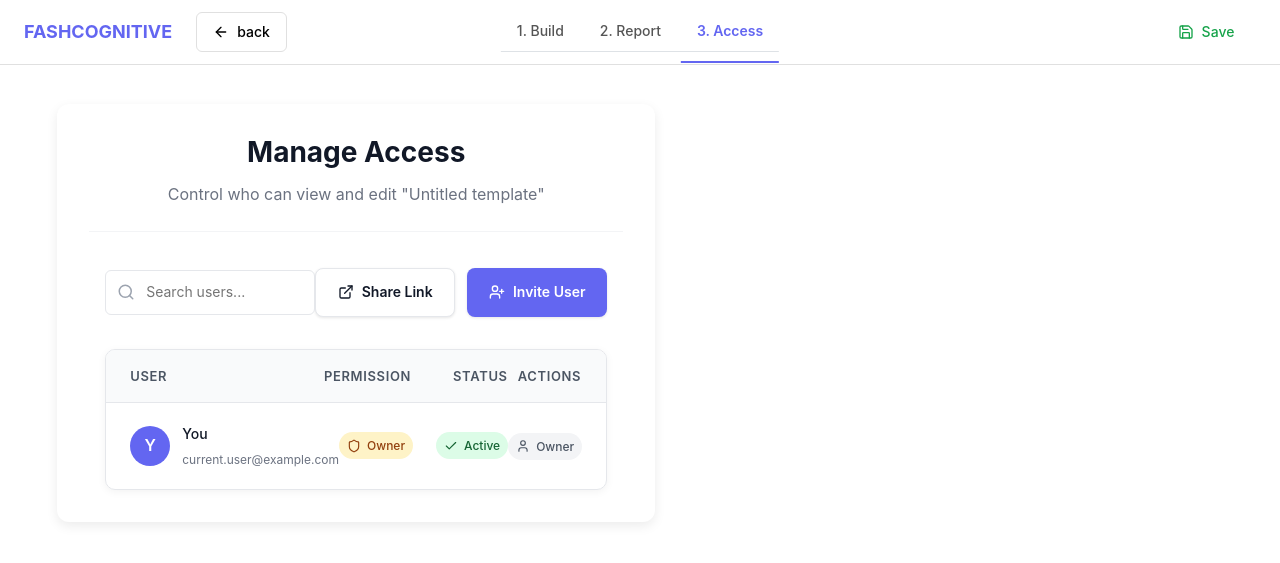
Repository: loganand612/fashcognitive-intern
Page: /ct (app in fash/), after clicking the first element matching `div.nav-tabs > :nth-child(3)`
These files come from the project's save history. The page is drawn as it stood at one moment and after the next save; the edit follows.
The browser window is 1280 px wide. The pictures show the whole page.
The project was rebuilt for these pictures with package versions that can differ from the ones it lists, and the page was loaded fresh each time. Also part of the build but not shown: fash/src/pages/Login.css, fash/src/pages/Register.css, fash/src/pages/Template.css, fash/src/pages/Home.tsx, fash/src/pages/Login.tsx, fash/src/pages/Register.tsx, fash/src/pages/Home2.tsx, fash/src/pages/Dashboard.tsx and 1 more. Imported but missing from the stored project, and not drawn on this page: fash/src/pages/assets/head1.mp4.

Above is the page before, as saved 2025-04-14 09:11:18.

### fash/src/index.tsx
import React from 'react';
import ReactDOM from 'react-dom/client';

// Import third-party styles first
import 'bootstrap/dist/css/bootstrap.min.css';
import '@fortawesome/fontawesome-free/css/all.min.css';

// Import page-specific styles last
import './pages/Home.css';
import './pages/Home2.css';
import './pages/Login.css';
import './pages/Register.css';
import './pages/Dashboard.css';
import './pages/Template.css';
import './pages/Create_template.css';

import App from './App';
import reportWebVitals from './reportWebVitals';

const root = ReactDOM.createRoot(
  document.getElementById('root') as HTMLElement
);
root.render(
  <React.StrictMode>
    <App />
  </React.StrictMode>
);

// If you want to start measuring performance in your app, pass a function
// to log results (for example: reportWebVitals(console.log))
// or send to an analytics endpoint. Learn more: https://bit.ly/CRA-vitals
reportWebVitals();

### fash/src/pages/Home.css
/* Reset & Base Styles */
* {
  margin: 0;
  padding: 0;
  box-sizing: border-box;
  font-family: -apple-system, BlinkMacSystemFont, 'Segoe UI', Roboto, sans-serif;
}

body {
  font-family: -apple-system, BlinkMacSystemFont, 'Segoe UI', Roboto, sans-serif;
  background-color: #f8f9fe;
  color: #1f2937;
  line-height: 1.5;
}

/* Layout */
.page-wrapper {
  min-height: 100vh;
  display: flex;
  flex-direction: column;
}

.content-wrapper {
  display: flex;
  flex: 1;
  position: relative;
}

/* Navigation */
.navbar {
  background: white;
  height: 64px;
  padding: 0 2rem;
  box-shadow: 0 1px 3px rgba(0,0,0,0.1);
  display: flex;
  align-items: center;
  justify-content: space-between;
  position: fixed;
  top: 0;
  left: 0;
  right: 0;
  z-index: 1000;
}

.logo {
  font-weight: bold;
  font-size: 1.5rem;
  color: #302d2d;
  text-decoration: none;
  transition: all 0.3s ease;
}

.logo:hover {
  color: #2563eb;
}

.nav-links {
  display: flex;
  gap: 1rem;
  align-items: center;
}

/* Buttons */
.btn {
  padding: 0.5rem 1rem;
  border-radius: 0.375rem;
  border: none;
  cursor: pointer;
  font-size: 0.875rem;
  font-weight: 500;
  text-decoration: none;
  transition: all 0.3s ease;
}

.btn-primary {
  background: #3b82f6;
  color: white;
}

.btn-primary:hover {
  background: #c0ceec;
}

.btn-secondary {
  background: #ffffff;
  border: 1px solid #e5e7eb;
  color: #4b5563;
}

.btn-secondary:hover {
  background: #d2d5da;
}

/* Language Selector */
.language-select {
  position: relative;
}

.language-btn {
  display: flex;
  align-items: center;
  gap: 0.5rem;
  padding: 0.5rem 1rem;
  border: 1px solid #e5e7eb;
  border-radius: 1.5rem;
  background: white;
  cursor: pointer;
  transition: all 0.3s ease;
}

.language-btn:hover {
  border-color: #3b82f6;
}

.language-dropdown {
  position: absolute;
  top: calc(100% + 0.5rem);
  right: 0;
  background: white;
  border-radius: 0.5rem;
  box-shadow: 0 4px 6px rgba(0,0,0,0.1);
  padding: 0.5rem 0;
  display: none;
  min-width: 150px;
  z-index: 1000;
}

.language-select:hover .language-dropdown {
  display: block;
}

.language-option {
  padding: 0.5rem 1rem;
  cursor: pointer;
  transition: all 0.3s ease;
}

.language-option:hover {
  background: #f8f9fe;
  color: #3b82f6;
}

/* Notification Badge */
.notification-badge {
  position: relative;
}

.notification-badge::after {
  content: '';
  position: absolute;
  top: -2px;
  right: -2px;
  width: 8px;
  height: 8px;
  background-color: #ef4444;
  border-radius: 50%;
  border: 2px solid white;
}

/* Sidebar */
.sidebar {
  width: 250px;
  background: white;
  height: calc(100vh - 64px);
  position: fixed;
  top: 64px;
  left: 0;
  padding: 1.5rem 1rem;
  border-right: 1px solid #e5e7eb;
  overflow-y: auto;
  z-index: 100;
}

.sidebar-link {
  display: flex;
  align-items: center;
  padding: 0.75rem 1rem;
  color: #4b5563;
  text-decoration: none;
  border-radius: 0.5rem;
  margin-bottom: 0.5rem;
  transition: all 0.3s ease;
}

.sidebar-link:hover {
  background: #f8f9fe;
  color: #3b82f6;
}

.sidebar-link.active {
  background: #3b82f6;
  color: white;
}

/* Main Content */
.main-content {
  margin-left: 250px;
  margin-top: 64px;
  padding: 5rem;
  width: calc(100% - 250px);
  min-height: calc(100vh - 64px);
}

.landing-content {
  display: flex;
  justify-content: space-between;
  align-items: center;
  gap: 4rem;
  max-width: 1200px;
  margin: 0 auto;
}

.content-left {
  flex: 1;
}

.content-left h1 {
  font-size: 2.5rem;
  color: #1f2937;
  margin-bottom: 2rem;
  line-height: 1.2;
}

.feature-list {
  list-style: none;
}

.feature-list li {
  display: flex;
  align-items: center;
  gap: 1rem;
  margin-bottom: 1rem;
  color: #4b5563;
}

.feature-list li::before {
  content: "";
  width: 20px;
  height: 20px;
  background: #3b82f6;
  border-radius: 50%;
  opacity: 0.2;
}

.qr-container {
  background: white;
  padding: 1rem;
  border-radius: 20px;
  box-shadow: 0 10px 15px rgba(0,0,0,0.1);
  transition: all 0.3s ease;
}

.qr-container:hover {
  transform: translateY(-5px);
  box-shadow: 0 4px 6px rgba(0,0,0,0.1);
}

.qr-code {
  width: 100%;
  max-width: 300px;
}

/* Footer */
.footer {
  background: white;
  padding: 5rem 7rem;
  margin-top: auto;
  margin-left: 250px;
}

.footer-content {
  max-width: 1500px;
  margin: 0 auto;
  display: grid;
  grid-template-columns: repeat(4, 1fr);
  gap: 2rem;
}

.footer-section h3 {
  color: #3b82f6;
  margin-bottom: 1rem;
  font-size: 1.1rem;
}

.footer-section ul {
  list-style: none;
}

.footer-section ul li {
  margin-bottom: 0.5rem;
}

.footer-section ul li a {
  color: #4b5563;
  text-decoration: none;
  transition: all 0.3s ease;
}

.footer-section ul li a:hover {
  color: #3b82f6;
}

.footer-bottom {
  max-width: 1200px;
  margin: 2rem auto 0;
  padding-top: 6rem;
  border-top: 1px solid #e5e7eb;
  text-align: center;
}

.store-buttons {
  display: flex;
  justify-content: center;
  gap: 1rem;
  margin-top: 1rem;
}

.store-buttons img {
  height: 40px;
  transition: all 0.3s ease;
}

.store-buttons img:hover {
  transform: translateY(-2px);
}

/* Mobile Menu Button */
.mobile-menu-btn {
  display: none;
  padding: 0.5rem;
  cursor: pointer;
  background: none;
  border: none;
}

/* Responsive Design */
@media (max-width: 1024px) {
  .sidebar {
      width: 200px;
  }

  .main-content {
      margin-left: 200px;
      width: calc(100% - 200px);
  }

  .footer {
      margin-left: 200px;
  }
}

@media (max-width: 768px) {
  .navbar {
      padding: 0 1rem;
  }

  .mobile-menu-btn {
      display: block;
  }

  .nav-links {
      display: none;
  }

  .nav-links.active {
      display: flex;
      flex-direction: column;
      position: absolute;
      top: 64px;
      left: 0;
      right: 0;
      background: white;
      padding: 1rem;
      box-shadow: 0 4px 6px rgba(0,0,0,0.1);
  }

  .sidebar {
      transform: translateX(-100%);
      transition: transform 0.3s ease;
  }

  .sidebar.active {
      transform: translateX(0);
  }

  .main-content,
  .footer {
      margin-left: 0;
      width: 100%;
  }

  .landing-content {
      flex-direction: column;
      text-align: center;
      padding: 1rem;
  }

  .content-left h1 {
      font-size: 2rem;
  }

  .footer-content {
      grid-template-columns: repeat(2, 1fr);
  }
}

@media (max-width: 480px) {
  .footer-content {
      grid-template-columns: 1fr;
  }
}

### fash/src/pages/Dashboard.css
.dashboard-container {
  display: flex;
  flex-direction: column;
  min-height: 100vh;
}

/* Navbar */
.navbar {
  position: fixed;
  top: 0;
  left: 0;
  right: 0;
  height: 64px;
  background: white;
  border-bottom: 1px solid #e5e7eb;
  display: flex;
  align-items: center;
  justify-content: space-between;
  padding: 0 24px;
  z-index: 50;
}

.navbar-brand {
  font-size: 20px;
  font-weight: 600;
}

.navbar-actions {
  display: flex;
  gap: 8px;
}

.nav-button {
  padding: 8px;
  background: none;
  border: none;
  border-radius: 8px;
  color: #6b7280;
  cursor: pointer;
  transition: all 0.2s;
}

.nav-button:hover {
  background-color: #f3f4f6;
  color: #111827;
}

.nav-icon {
  width: 20px;
  height: 20px;
}

/* Sidebar */
.sidebar {
  position: fixed;
  top: 64px;
  left: 0;
  width: 250px;
  height: calc(100vh - 64px);
  background: white;
  border-right: 1px solid #e5e7eb;
  padding: 16px 12px;
  overflow-y: auto;
}

.sidebar-nav {
  display: flex;
  flex-direction: column;
  gap: 2px;
}

.nav-link {
  display: flex;
  align-items: center;
  padding: 8px 12px;
  color: #6b7280;
  text-decoration: none;
  border-radius: 6px;
  transition: all 0.2s;
}

.nav-link:hover {
  background-color: #f3f4f6;
  color: #111827;
}

.nav-link .nav-icon {
  margin-right: 12px;
}

/* Main Content */
.main-content {
  margin-left: 250px;
  margin-top: 64px;
  padding: 32px;
  background-color: #f9fafb;
  min-height: calc(100vh - 64px);
}

/* Header Section */
.header-section {
  display: flex;
  justify-content: space-between;
  align-items: center;
  margin-bottom: 24px;
}

.page-title {
  font-size: 24px;
  font-weight: 600;
  color: #111827;
}

.user-tags {
  display: flex;
  align-items: center;
  gap: 8px;
}

.user-tag {
  display: flex;
  align-items: center;
  justify-content: center;
  min-width: 32px;
  height: 32px;
  padding: 0 12px;
  background-color: #f3f4f6;
  border-radius: 16px;
  font-size: 14px;
  font-weight: 500;
  color: #374151;
}

.user-count {
  display: flex;
  align-items: center;
  justify-content: center;
  height: 32px;
  padding: 0 12px;
  background-color: #f3f4f6;
  border-radius: 16px;
  font-size: 14px;
  font-weight: 500;
  color: #374151;
}

.add-user-button {
  height: 32px;
  padding: 0 16px;
  background-color: #111827;
  color: white;
  border: none;
  border-radius: 16px;
  font-size: 14px;
  font-weight: 500;
  cursor: pointer;
  transition: background-color 0.2s;
}

.add-user-button:hover {
  background-color: #1f2937;
}

/* Summary Cards */
.summary-cards {
  display: grid;
  grid-template-columns: repeat(3, 1fr);
  gap: 24px;
  margin-bottom: 32px;
}

.summary-card {
  background: white;
  border: 1px solid #e5e7eb;
  border-radius: 12px;
  padding: 24px;
  display: flex;
  align-items: center;
  justify-content: space-between;
}

.card-content {
  display: flex;
  align-items: center;
  gap: 16px;
}

.card-icon {
  width: 48px;
  height: 48px;
  background: #f3f4f6;
  border-radius: 8px;
  display: flex;
  align-items: center;
  justify-content: center;
}

.card-icon .icon {
  width: 24px;
  height: 24px;
  color: #374151;
}

.card-info {
  display: flex;
  flex-direction: column;
}

.card-count {
  font-size: 24px;
  font-weight: 600;
  color: #111827;
  line-height: 1.2;
}

.card-label {
  font-size: 14px;
  color: #6b7280;
}

.card-sublabel {
  font-size: 12px;
  color: #9ca3af;
  margin-top: 2px;
}

.card-arrow {
  width: 20px;
  height: 20px;
  color: #9ca3af;
}

/* Recent Activity */
.recent-activity {
  background: white;
  border: 1px solid #e5e7eb;
  border-radius: 12px;
  overflow: hidden;
}

.section-title {
  font-size: 18px;
  font-weight: 600;
  color: #111827;
  padding: 20px 24px;
  border-bottom: 1px solid #e5e7eb;
}

.activity-list {
  display: flex;
  flex-direction: column;
}

.activity-item {
  display: flex;
  align-items: center;
  justify-content: space-between;
  padding: 16px 24px;
  border-bottom: 1px solid #e5e7eb;
}

.activity-item:last-child {
  border-bottom: none;
}

.activity-info {
  display: flex;
  flex-direction: column;
  gap: 4px;
}

.activity-title {
  font-size: 14px;
  font-weight: 500;
  color: #111827;
}

.activity-meta {
  display: flex;
  gap: 16px;
}

.meta-type,
.meta-date {
  font-size: 14px;
  color: #6b7280;
}

.status-badge {
  padding: 4px 12px;
  border-radius: 16px;
  font-size: 14px;
  font-weight: 500;
}

.status-badge.completed {
  background-color: #f3f4f6;
  color: #111827;
}

.status-badge.in-progress {
  background-color: #f3f4f6;
  color: #6b7280;
}

/* Responsive */
@media (max-width: 1024px) {
  .summary-cards {
    grid-template-columns: repeat(2, 1fr);
  }
}

@media (max-width: 768px) {
  .summary-cards {
    grid-template-columns: 1fr;
  }

  .sidebar {
    width: 64px;
  }

  .nav-link span {
    display: none;
  }

  .main-content {
    margin-left: 64px;
  }
}

### fash/src/App.tsx
import { BrowserRouter as Router, Route, Routes } from 'react-router-dom';
import Home from './pages/Home';
import Login from './pages/Login';
import Register from './pages/Register';
import Home2 from './pages/Home2';
import Create_template from './pages/Create_template';
import Dashboard from './pages/Dashboard';
import Template from './pages/Template_page';

function App() {
    return (
        <div className="app-container">
            <Router>
                <div className="page-container">
                    <div className="content-container">
                        <Routes>
                            <Route path="/" element={<Home2 />} />
                            <Route path="/login" element={<Login />} />
                            <Route path="/register" element={<Register />} />
                            <Route path="/homee" element={<Home />} />
                            <Route path="/ct" element={<Create_template />} />
                            <Route path="/dashboard" element={<Dashboard />} />
                            <Route path="template" element={<Template />} />
                        </Routes>
                    </div>
                </div>
            </Router>
        </div>
    );
}

export default App;

### fash/src/reportWebVitals.ts
import { onCLS, onFID, onFCP, onLCP, onTTFB } from 'web-vitals';

const reportWebVitals = (onPerfEntry?: (metric: any) => void) => {
  if (onPerfEntry && onPerfEntry instanceof Function) {
    onCLS(onPerfEntry);
    onFID(onPerfEntry);
    onFCP(onPerfEntry);
    onLCP(onPerfEntry);
    onTTFB(onPerfEntry);
  }
};

export default reportWebVitals;

### fash/src/components/AccessManager.css
.access-manager {
  width: 90%;
  max-width: 1400px;
  margin: 0 auto;
  padding: 32px;
  background-color: #fff;
  border-radius: 12px;
  box-shadow: 0 4px 12px rgba(0, 0, 0, 0.08);
}

.access-header {
  margin-bottom: 36px;
  text-align: center;
  padding-bottom: 24px;
  border-bottom: 1px solid #f3f4f6;
}

.access-header h2 {
  font-size: 28px;
  font-weight: 700;
  color: #111827;
  margin-bottom: 12px;
}

.access-header p {
  font-size: 16px;
  color: #6b7280;
  max-width: 600px;
  margin: 0 auto;
}

.access-actions {
  display: flex;
  justify-content: space-between;
  align-items: center;
  margin-bottom: 32px;
  padding: 0 16px;
}

.search-container {
  position: relative;
  flex: 1;
  max-width: 500px;
}

.search-icon {
  position: absolute;
  left: 12px;
  top: 50%;
  transform: translateY(-50%);
  color: #9ca3af;
}

.search-input {
  width: 100%;
  padding: 10px 12px 10px 40px;
  border: 1px solid #e5e7eb;
  border-radius: 6px;
  font-size: 14px;
  outline: none;
  transition: border-color 0.2s;
}

.search-input:focus {
  border-color: #6366f1;
  box-shadow: 0 0 0 2px rgba(99, 102, 241, 0.1);
}

.action-buttons {
  display: flex;
  gap: 12px;
}

.invite-button, .share-link-button {
  display: flex;
  align-items: center;
  gap: 8px;
  padding: 12px 20px;
  border-radius: 8px;
  font-size: 14px;
  font-weight: 600;
  cursor: pointer;
  transition: all 0.2s;
  box-shadow: 0 1px 3px rgba(0, 0, 0, 0.1);
}

.invite-button {
  background-color: #6366f1;
  color: white;
  border: none;
  min-width: 140px;
  justify-content: center;
}

.invite-button:hover {
  background-color: #4f46e5;
  transform: translateY(-1px);
  box-shadow: 0 4px 6px rgba(0, 0, 0, 0.1);
}

.share-link-button {
  background-color: white;
  color: #111827;
  border: 1px solid #e5e7eb;
  min-width: 140px;
  justify-content: center;
}

.share-link-button:hover {
  background-color: #f9fafb;
  border-color: #d1d5db;
  transform: translateY(-1px);
  box-shadow: 0 4px 6px rgba(0, 0, 0, 0.05);
}

.share-link-container {
  margin: 0 16px 32px 16px;
  padding: 24px;
  background-color: #f9fafb;
  border: 1px solid #e5e7eb;
  border-radius: 10px;
  box-shadow: 0 2px 8px rgba(0, 0, 0, 0.05);
}

.share-link-header {
  display: flex;
  justify-content: space-between;
  align-items: center;
  margin-bottom: 12px;
}

.share-link-header h3 {
  font-size: 16px;
  font-weight: 600;
  color: #111827;
  margin: 0;
}

.close-button {
  background: none;
  border: none;
  color: #6b7280;
  cursor: pointer;
  padding: 4px;
  border-radius: 4px;
  display: flex;
  align-items: center;
  justify-content: center;
}

.close-button:hover {
  background-color: #f3f4f6;
  color: #111827;
}

.share-link-container p {
  font-size: 14px;
  color: #6b7280;
  margin-bottom: 12px;
}

.share-link-input {
  display: flex;
  gap: 8px;
}

.share-link-input input {
  flex: 1;
  padding: 10px 12px;
  border: 1px solid #e5e7eb;
  border-radius: 6px;
  font-size: 14px;
  background-color: white;
  color: #111827;
}

.share-link-input button {
  display: flex;
  align-items: center;
  gap: 8px;
  padding: 10px 16px;
  background-color: white;
  color: #111827;
  border: 1px solid #e5e7eb;
  border-radius: 6px;
  font-size: 14px;
  font-weight: 500;
  cursor: pointer;
  transition: all 0.2s;
}

.share-link-input button:hover {
  background-color: #f9fafb;
  border-color: #d1d5db;
}

.invite-form {
  margin: 0 16px 32px 16px;
  padding: 32px;
  background-color: white;
  border: 1px solid #e5e7eb;
  border-radius: 10px;
  box-shadow: 0 4px 12px rgba(0, 0, 0, 0.08);
}

.invite-form-header {
  display: flex;
  justify-content: space-between;
  align-items: center;
  margin-bottom: 16px;
}

.invite-form-header h3 {
  font-size: 18px;
  font-weight: 600;
  color: #111827;
  margin: 0;
}

.form-group {
  margin-bottom: 16px;
}

.form-group label {
  display: flex;
  align-items: center;
  gap: 4px;
  font-size: 14px;
  font-weight: 500;
  color: #374151;
  margin-bottom: 8px;
}

.info-button {
  background: none;
  border: none;
  color: #6b7280;
  cursor: pointer;
  padding: 2px;
  border-radius: 50%;
  display: flex;
  align-items: center;
  justify-content: center;
}

.info-button:hover {
  color: #111827;
  background-color: #f3f4f6;
}

.email-input {
  position: relative;
}

.email-icon {
  position: absolute;
  left: 12px;
  top: 50%;
  transform: translateY(-50%);
  color: #9ca3af;
}

.email-input input {
  width: 100%;
  padding: 10px 12px 10px 40px;
  border: 1px solid #e5e7eb;
  border-radius: 6px;
  font-size: 14px;
  outline: none;
  transition: border-color 0.2s;
}

.email-input input:focus {
  border-color: #6366f1;
  box-shadow: 0 0 0 2px rgba(99, 102, 241, 0.1);
}

.form-group select {
  width: 100%;
  padding: 10px 12px;
  border: 1px solid #e5e7eb;
  border-radius: 6px;
  font-size: 14px;
  background-color: white;
  color: #111827;
  outline: none;
  transition: border-color 0.2s;
  appearance: none;
  background-image: url("data:[embedded picture, 228 characters]");
  background-repeat: no-repeat;
  background-position: right 12px center;
  background-size: 16px;
}

.form-group select:focus {
  border-color: #6366f1;
  box-shadow: 0 0 0 2px rgba(99, 102, 241, 0.1);
}

.permission-details {
  margin-bottom: 16px;
  padding: 16px;
  background-color: #f9fafb;
  border: 1px solid #e5e7eb;
  border-radius: 6px;
}

.permission-item {
  margin-bottom: 12px;
}

.permission-item:last-child {
  margin-bottom: 0;
}

.permission-item h4 {
  font-size: 14px;
  font-weight: 600;
  color: #111827;
  margin: 0 0 4px 0;
}

.permission-item p {
  font-size: 12px;
  color: #6b7280;
  margin: 0;
}

.invite-actions {
  display: flex;
  justify-content: flex-end;
  gap: 12px;
  margin-top: 24px;
}

.cancel-button, .send-invite-button {
  padding: 10px 16px;
  border-radius: 6px;
  font-size: 14px;
  font-weight: 500;
  cursor: pointer;
  transition: all 0.2s;
}

.cancel-button {
  background-color: white;
  color: #111827;
  border: 1px solid #e5e7eb;
}

.cancel-button:hover {
  background-color: #f9fafb;
  border-color: #d1d5db;
}

.send-invite-button {
  background-color: #6366f1;
  color: white;
  border: none;
}

.send-invite-button:hover {
  background-color: #4f46e5;
}

.send-invite-button:disabled {
  background-color: #c7d2fe;
  cursor: not-allowed;
}

.users-list-container {
  border: 1px solid #e5e7eb;
  border-radius: 10px;
  overflow: hidden;
  box-shadow: 0 2px 8px rgba(0, 0, 0, 0.05);
  margin: 0 16px;
}

.users-list-header {
  display: grid;
  grid-template-columns: 3fr 2fr 1fr 1fr;
  padding: 16px 24px;
  background-color: #f9fafb;
  border-bottom: 1px solid #e5e7eb;
}

.users-list-header > div {
  font-size: 13px;
  font-weight: 600;
  color: #4b5563;
  text-transform: uppercase;
  letter-spacing: 0.05em;
}

.users-list {
  max-height: 500px;
  overflow-y: auto;
}

.user-item {
  display: grid;
  grid-template-columns: 3fr 2fr 1fr 1fr;
  padding: 20px 24px;
  border-bottom: 1px solid #e5e7eb;
  align-items: center;
  transition: background-color 0.2s;
}

.user-item:hover {
  background-color: #f9fafb;
}

.user-item:last-child {
  border-bottom: none;
}

.user-info {
  display: flex;
  align-items: center;
  gap: 12px;
}

.user-avatar {
  width: 40px;
  height: 40px;
  border-radius: 50%;
  overflow: hidden;
  flex-shrink: 0;
}

.user-avatar img {
  width: 100%;
  height: 100%;
  object-fit: cover;
}

.avatar-placeholder {
  width: 100%;
  height: 100%;
  background-color: #6366f1;
  color: white;
  display: flex;
  align-items: center;
  justify-content: center;
  font-size: 16px;
  font-weight: 600;
}

.user-details {
  overflow: hidden;
}

.user-name {
  font-size: 14px;
  font-weight: 500;
  color: #111827;
  margin-bottom: 4px;
  white-space: nowrap;
  overflow: hidden;
  text-overflow: ellipsis;
}

.user-email {
  font-size: 12px;
  color: #6b7280;
  white-space: nowrap;
  overflow: hidden;
  text-overflow: ellipsis;
}

.permission-badge {
  display: inline-flex;
  align-items: center;
  gap: 6px;
  padding: 4px 8px;
  border-radius: 16px;
  font-size: 12px;
  font-weight: 500;
}

.permission-badge.owner {
  background-color: #fef3c7;
  color: #92400e;
}

.permission-badge.admin {
  background-color: #dbeafe;
  color: #1e40af;
}

.permission-badge.editor {
  background-color: #dcfce7;
  color: #166534;
}

.permission-badge.viewer {
  background-color: #f3f4f6;
  color: #4b5563;
}

.permission-select {
  width: 100%;
  padding: 6px 8px;
  border: 1px solid #e5e7eb;
  border-radius: 4px;
  font-size: 12px;
  background-color: white;
  color: #111827;
  outline: none;
}

.status-badge {
  display: inline-flex;
  align-items: center;
  gap: 6px;
  padding: 4px 8px;
  border-radius: 16px;
  font-size: 12px;
  font-weight: 500;
}

.status-badge.active {
  background-color: #dcfce7;
  color: #166534;
}

.status-badge.pending {
  background-color: #fef3c7;
  color: #92400e;
}

.status-badge.expired {
  background-color: #fee2e2;
  color: #b91c1c;
}

.user-actions {
  display: flex;
  align-items: center;
  gap: 8px;
  justify-content: flex-end;
}

.edit-button, .delete-button, .save-button {
  background: none;
  border: none;
  width: 32px;
  height: 32px;
  border-radius: 4px;
  display: flex;
  align-items: center;
  justify-content: center;
  color: #6b7280;
  cursor: pointer;
  transition: all 0.2s;
}

.edit-button:hover {
  background-color: #f3f4f6;
  color: #111827;
}

.save-button {
  color: #16a34a;
}

.save-button:hover {
  background-color: #dcfce7;
}

.delete-button:hover {
  background-color: #fee2e2;
  color: #b91c1c;
}

.owner-badge {
  display: inline-flex;
  align-items: center;
  gap: 6px;
  padding: 4px 8px;
  border-radius: 16px;
  font-size: 12px;
  font-weight: 500;
  background-color: #f3f4f6;
  color: #4b5563;
}

.no-users {
  display: flex;
  flex-direction: column;
  align-items: center;
  justify-content: center;
  padding: 48px 0;
  color: #6b7280;
  gap: 16px;
}

.no-users p {
  font-size: 14px;
  margin: 0;
}

/* Responsive styles */
@media (max-width: 768px) {
  .access-actions {
    flex-direction: column;
    align-items: stretch;
    gap: 16px;
  }

  .search-container {
    max-width: none;
  }

  .users-list-header, .user-item {
    grid-template-columns: 2fr 1fr 1fr;
  }

  .permission-column {
    display: none;
  }

  .user-permission {
    display: none;
  }
}

@media (max-width: 640px) {
  .users-list-header, .user-item {
    grid-template-columns: 2fr 1fr;
  }

  .status-column {
    display: none;
  }

  .user-status {
    display: none;
  }

  .user-info {
    flex-direction: column;
    align-items: flex-start;
    gap: 4px;
  }

  .user-avatar {
    width: 32px;
    height: 32px;
  }
}

Loaded but not shown: fash/public/index.html (common file); fash/src/pages/Create_template.tsx (2764 lines, source omitted); fash/src/pages/Create_template.css (2725 lines, source omitted); fash/src/pages/Home2.css (1263 lines, source omitted); fash/src/components/AccessManager.tsx (423 lines, source omitted)

After the next save:
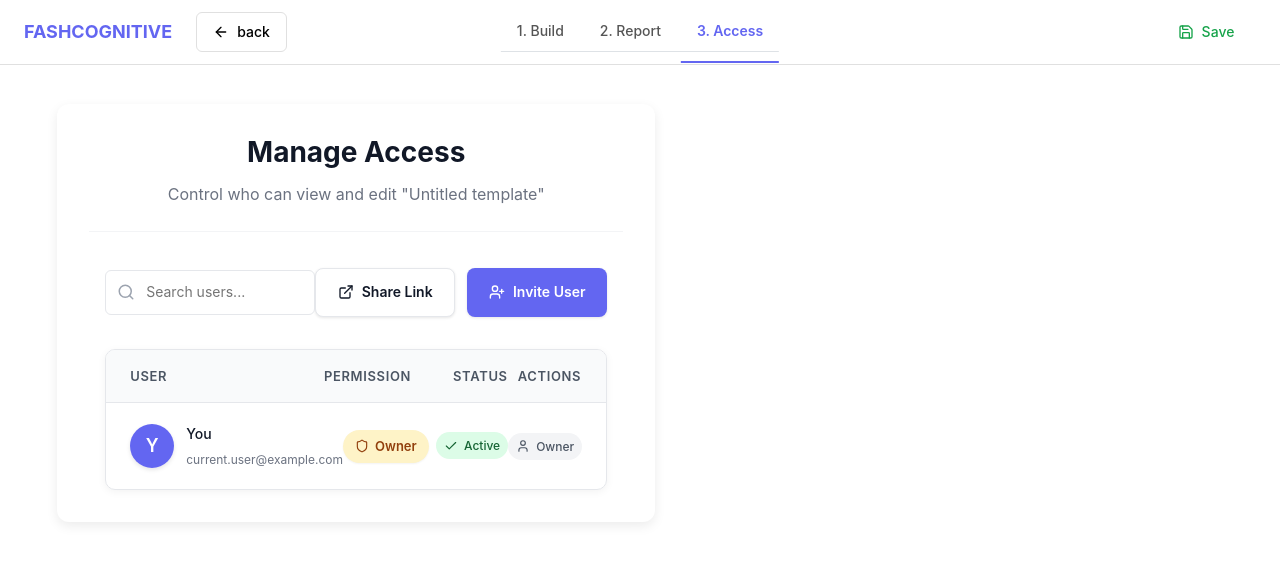
Saved 25 s later.
--- a/fash/src/components/AccessManager.css
+++ b/fash/src/components/AccessManager.css
@@ -421,11 +421,12 @@
 }
 
 .user-avatar {
-  width: 40px;
-  height: 40px;
+  width: 44px;
+  height: 44px;
   border-radius: 50%;
   overflow: hidden;
   flex-shrink: 0;
+  box-shadow: 0 2px 4px rgba(0, 0, 0, 0.1);
 }
 
 .user-avatar img {
@@ -442,7 +443,7 @@
   display: flex;
   align-items: center;
   justify-content: center;
-  font-size: 16px;
+  font-size: 18px;
   font-weight: 600;
 }
 
@@ -472,10 +473,11 @@
   display: inline-flex;
   align-items: center;
   gap: 6px;
-  padding: 4px 8px;
-  border-radius: 16px;
-  font-size: 12px;
-  font-weight: 500;
+  padding: 6px 12px;
+  border-radius: 20px;
+  font-size: 13px;
+  font-weight: 600;
+  box-shadow: 0 1px 2px rgba(0, 0, 0, 0.05);
 }
 
 .permission-badge.owner {
